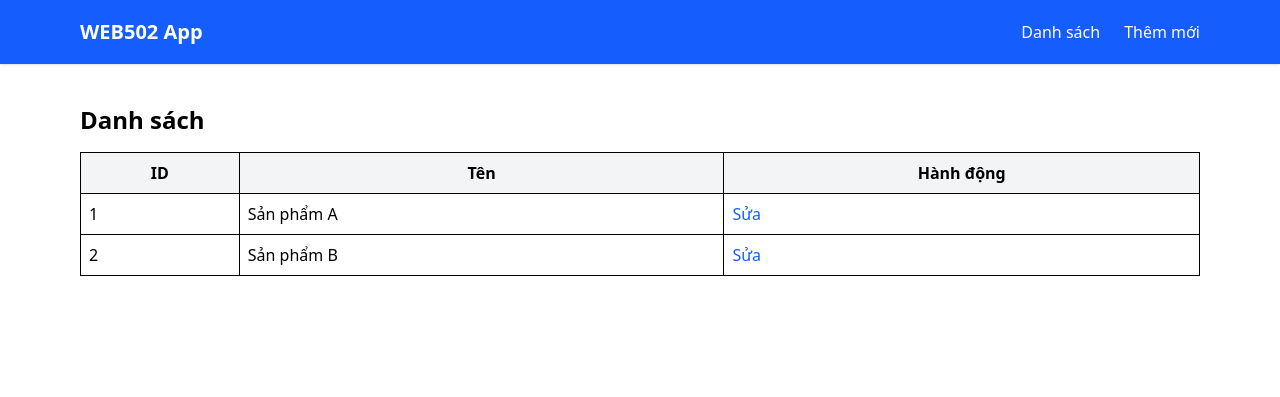
Repository: DODUCHUY195/Lap_Trinh_TypeScript
Page: /
The author's editor kept a copy of each file at every save. The page is drawn from the files as they stood at one save, then again after the next save.
The browser window is 1280 px wide. The pictures show the whole page.
The project was rebuilt for these pictures with package versions that can differ from the ones it lists, and the page was loaded fresh each time. Also part of the build but not shown: vite.config.ts, src/pages/Add.tsx, src/pages/Edit.tsx.

Above is the page before, as saved 2026-01-14 20:05:30.

### src/App.tsx
import { Toaster } from "react-hot-toast";
import { Link, Routes, Route } from "react-router-dom";

import List from "./pages/List";
import Add from "./pages/Add";
import Edit from "./pages/Edit";



function App() {
  return (
    <>
      {/* NAVBAR */}
      <nav className="bg-blue-600 text-white shadow">
        <div className="max-w-6xl mx-auto px-4 h-16 flex items-center justify-between">
          <Link to="/" className="text-xl font-semibold">
            <strong>WEB502 App</strong>
          </Link>

          <div className="flex items-center space-x-6">
            <Link to="/" className="hover:text-gray-200">
              Danh sách
            </Link>
            <Link to="/add" className="hover:text-gray-200">
              Thêm mới
            </Link>
          </div>
        </div>
      </nav>

      <div className="max-w-6xl mx-auto mt-10 px-4">
        <Routes>
          <Route path="/" element={<List />} />
          <Route path="/add" element={<Add />} />
          <Route path="/edit/:id" element={<Edit />} />
        </Routes>
      </div>

      <Toaster />
    </>
  );
}

export default App;

### src/pages/List.tsx
import { Link } from "react-router-dom";

const List = () => {
  const data = [
    { id: 1, name: "Sản phẩm A" },
    { id: 2, name: "Sản phẩm B" },
  ];

  return (
    <div>
      <h1 className="text-2xl font-bold mb-4">Danh sách</h1>

      <table className="w-full border">
        <thead>
          <tr className="bg-gray-100">
            <th className="border p-2">ID</th>
            <th className="border p-2">Tên</th>
            <th className="border p-2">Hành động</th>
          </tr>
        </thead>

        <tbody>
          {data.map((item) => (
            <tr key={item.id}>
              <td className="border p-2">{item.id}</td>
              <td className="border p-2">{item.name}</td>
              <td className="border p-2">
                <Link
                  to={`/edit/${item.id}`}
                  className="text-blue-600 hover:underline"
                >
                  Sửa
                </Link>
              </td>
            </tr>
          ))}
        </tbody>
      </table>
    </div>
  );
};

export default List;

Loaded but not shown: index.html (common file); src/main.tsx (common file); src/index.css (common file)

After the next save:
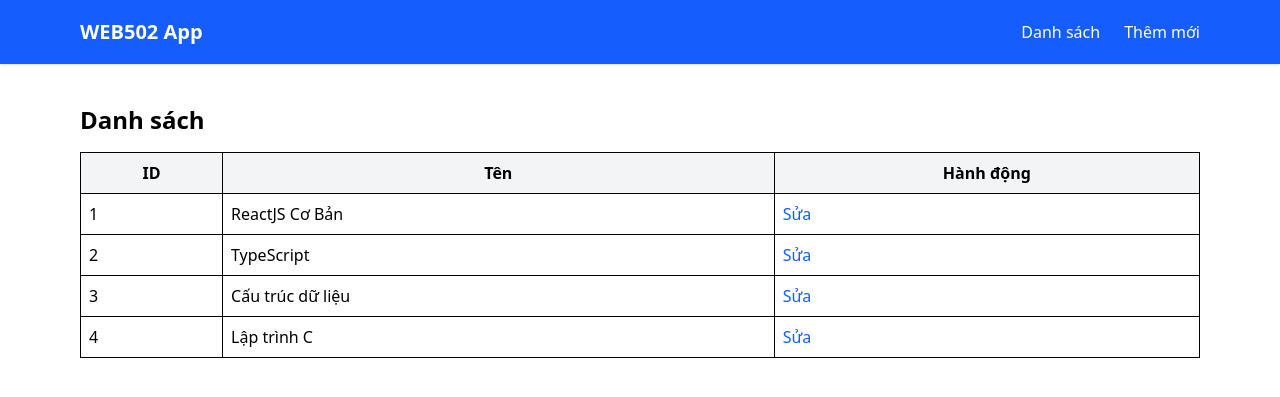
Saved 45 s later.
--- a/src/pages/List.tsx
+++ b/src/pages/List.tsx
@@ -1,10 +1,45 @@
 import { Link } from "react-router-dom";
 
+export interface Subject {
+  id: number;
+  name: string;
+  credit: number;
+  category: string;
+  teacher: string;
+}
+
+export const subjects: Subject[] = [
+  {
+    id: 1,
+    name: "ReactJS Cơ Bản",
+    credit: 3,
+    category: "Chuyên ngành",
+    teacher: "Nguyễn Văn A",
+  },
+  {
+    id: 2,
+    name: "TypeScript",
+    credit: 2,
+    category: "Chuyên ngành",
+    teacher: "Trần Thị B",
+  },
+  {
+    id: 3,
+    name: "Cấu trúc dữ liệu",
+    credit: 3,
+    category: "Cơ sở",
+    teacher: "Lê Văn C",
+  },
+  {
+    id: 4,
+    name: "Lập trình C",
+    credit: 4,
+    category: "Đại cương",
+    teacher: "Phạm Văn D",
+  },
+];
 const List = () => {
-  const data = [
-    { id: 1, name: "Sản phẩm A" },
-    { id: 2, name: "Sản phẩm B" },
-  ];
+
 
   return (
     <div>
@@ -20,7 +55,7 @@ const List = () => {
         </thead>
 
         <tbody>
-          {data.map((item) => (
+          {subjects.map((item) => (
             <tr key={item.id}>
               <td className="border p-2">{item.id}</td>
               <td className="border p-2">{item.name}</td>
